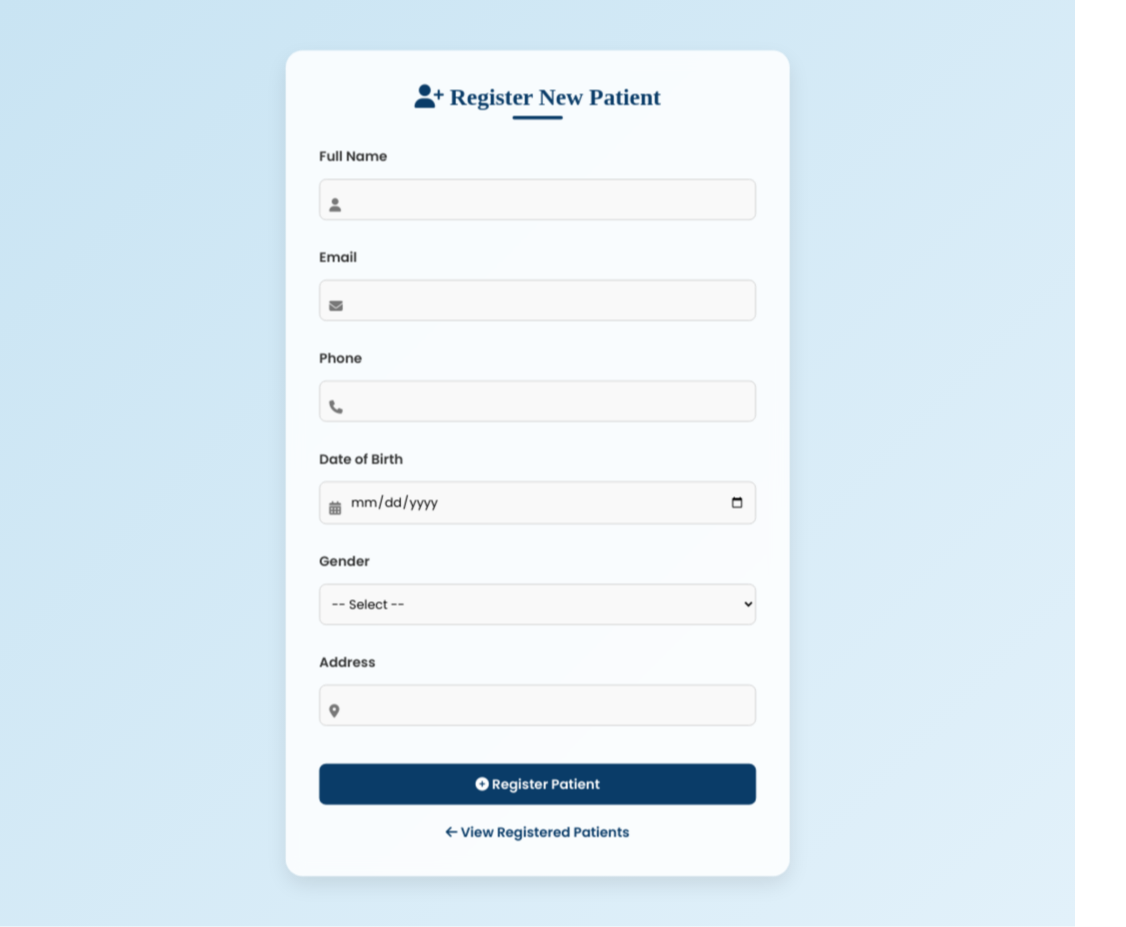
Repository: shreeshskatti/hospital_management_system
Page: http://localhost/patients/add_patient.php
These files come from the project's save history. The page is drawn as it stood at one moment and after the next save; the edit follows.
The browser window is 1280 px wide. The page is 1280 px wide, then 1340 px, so the pictures cover 1340 px, including what lies to the right of the window. The pictures show the whole page, at 84% of full size.
Some web fonts or font styles are not loaded; a fallback is used. The page is run by PHP 8.4 with error messages shown; the project is at /var/www/html/.

Above is the page before, as saved 2025-05-29 20:57:22.

After the next save:
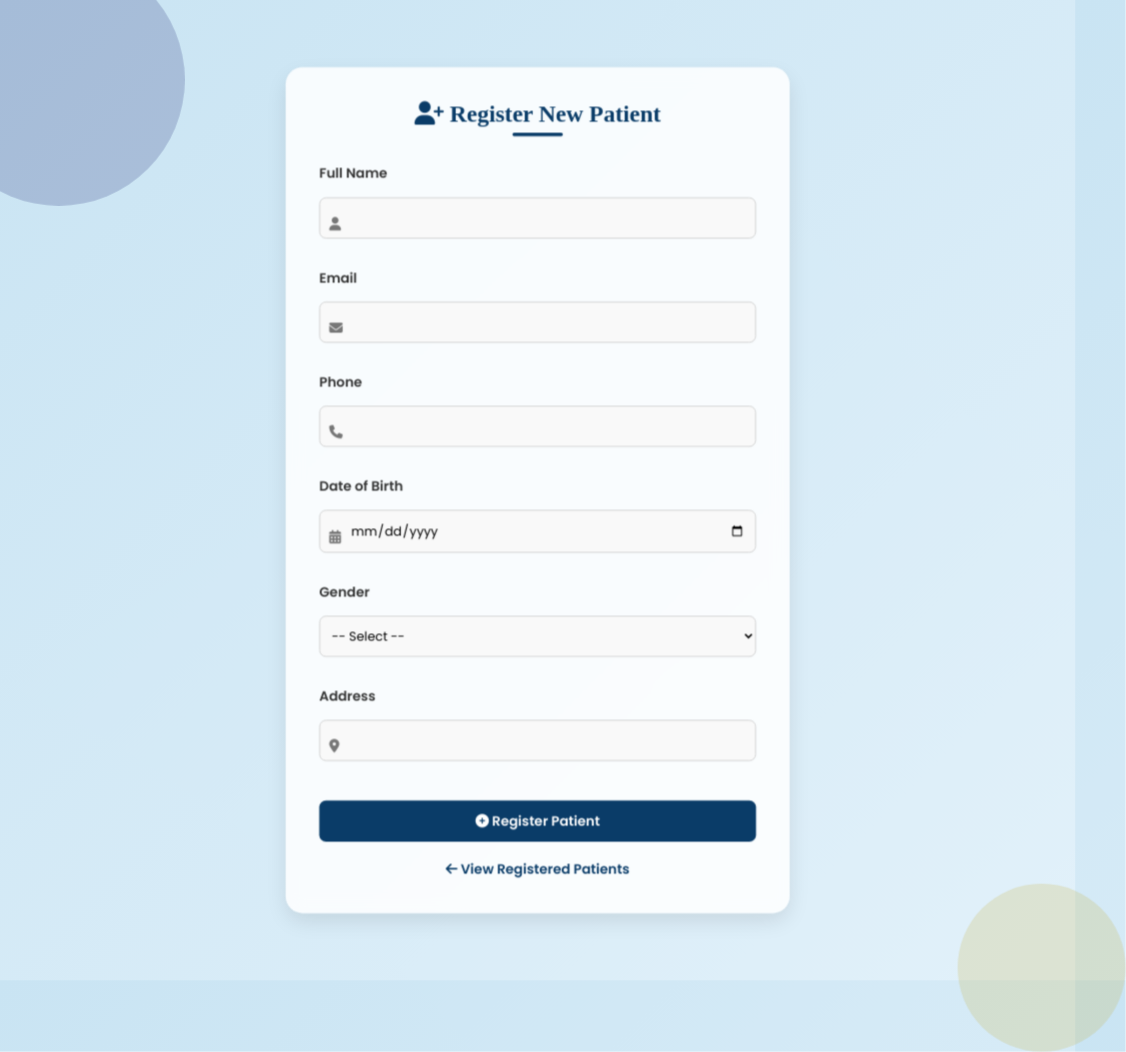
Saved 2 min 34 s later.
--- a/css/style.css
+++ b/css/style.css
@@ -1,35 +1,81 @@
 @import url('https://fonts.googleapis.com/css2?family=Merriweather&family=Open+Sans&display=swap');
 
+* {
+  margin: 0;
+  padding: 0;
+  box-sizing: border-box;
+}
+
 body {
-  background-color: #F9F6F1;
+  background: radial-gradient(circle at top left, #f0f4ff, #fdfdfd);
   font-family: 'Open Sans', sans-serif;
   color: #2E2E2E;
-  margin: 0;
-  padding: 0;
+  min-height: 100vh;
+  position: relative;
+  overflow-x: hidden;
+}
+
+/* Background floating shapes */
+body::before, body::after {
+  content: '';
+  position: absolute;
+  border-radius: 50%;
+  opacity: 0.2;
+  z-index: 0;
+  pointer-events: none;
+  animation: float 10s ease-in-out infinite;
+}
+
+body::before {
+  width: 300px;
+  height: 300px;
+  background: #1A1F71;
+  top: -80px;
+  left: -80px;
+}
+
+body::after {
+  width: 200px;
+  height: 200px;
+  background: #C9B037;
+  bottom: -60px;
+  right: -60px;
+}
+
+@keyframes float {
+  0%, 100% { transform: translateY(0px); }
+  50% { transform: translateY(25px); }
 }
 
 h1, h2, h3 {
   font-family: 'Merriweather', serif;
   color: #1A1F71;
+  z-index: 1;
+  position: relative;
 }
 
 .container {
   max-width: 900px;
-  margin: 40px auto;
-  padding: 30px;
-  background-color: white;
-  box-shadow: 0 0 20px rgba(0,0,0,0.1);
-  border-radius: 12px;
+  margin: 60px auto;
+  padding: 40px 30px;
+  background-color: rgba(255, 255, 255, 0.9);
+  backdrop-filter: blur(10px);
+  border-radius: 16px;
+  box-shadow: 0 12px 30px rgba(0,0,0,0.1);
+  position: relative;
+  z-index: 1;
 }
 
 button {
   background-color: #1A1F71;
   color: #F9F6F1;
   border: none;
-  padding: 12px 24px;
+  padding: 14px 28px;
   font-size: 16px;
-  border-radius: 6px;
+  border-radius: 8px;
   cursor: pointer;
+  font-weight: 600;
+  transition: background-color 0.3s ease, color 0.3s ease;
 }
 
 button:hover {
@@ -39,28 +85,32 @@ button:hover {
 
 input, select {
   width: 100%;
-  padding: 10px;
-  margin-top: 8px;
-  margin-bottom: 20px;
+  padding: 12px;
+  margin-top: 10px;
+  margin-bottom: 22px;
   border: 1.5px solid #D3D3D3;
   border-radius: 8px;
   font-size: 16px;
+  transition: all 0.3s ease;
+  background-color: #fafafa;
 }
 
 input:focus, select:focus {
   border-color: #C9B037;
   outline: none;
-  box-shadow: 0 0 6px #C9B037;
+  box-shadow: 0 0 8px rgba(201, 176, 55, 0.5);
+  background-color: white;
 }
 
 table {
   width: 100%;
   border-collapse: collapse;
-  margin-top: 20px;
+  margin-top: 30px;
+  font-size: 15px;
 }
 
 th, td {
-  padding: 12px;
+  padding: 14px;
   border: 1px solid #D3D3D3;
   text-align: left;
 }
@@ -73,3 +123,16 @@ thead {
 tbody tr:nth-child(even) {
   background-color: #F9F6F1;
 }
+
+/* Links and interactions */
+a {
+  color: #1A1F71;
+  text-decoration: none;
+  transition: color 0.3s;
+  font-weight: bold;
+}
+
+a:hover {
+  color: #C9B037;
+  text-decoration: underline;
+}
